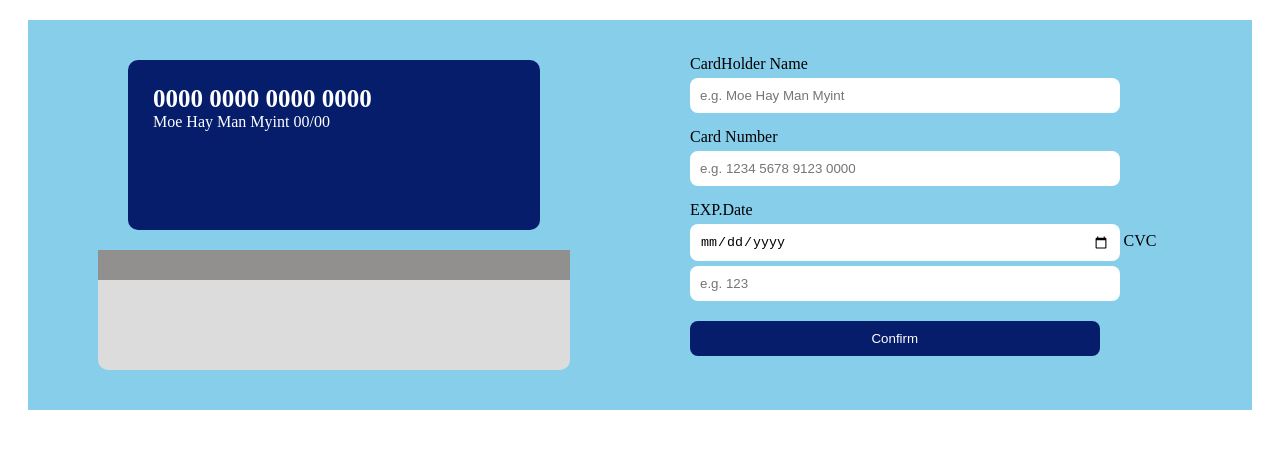
Repository: moehaymanmyint/Interactive-Card-Details-Form
Page: index.html
An editor plug-in stored every save of this project. The page is shown before and after the next save, followed by the edit.
The browser window is 1280 px wide. The pictures show the whole page.

Above is the page before, as saved 2024-10-15 22:59:23.

After the next save:
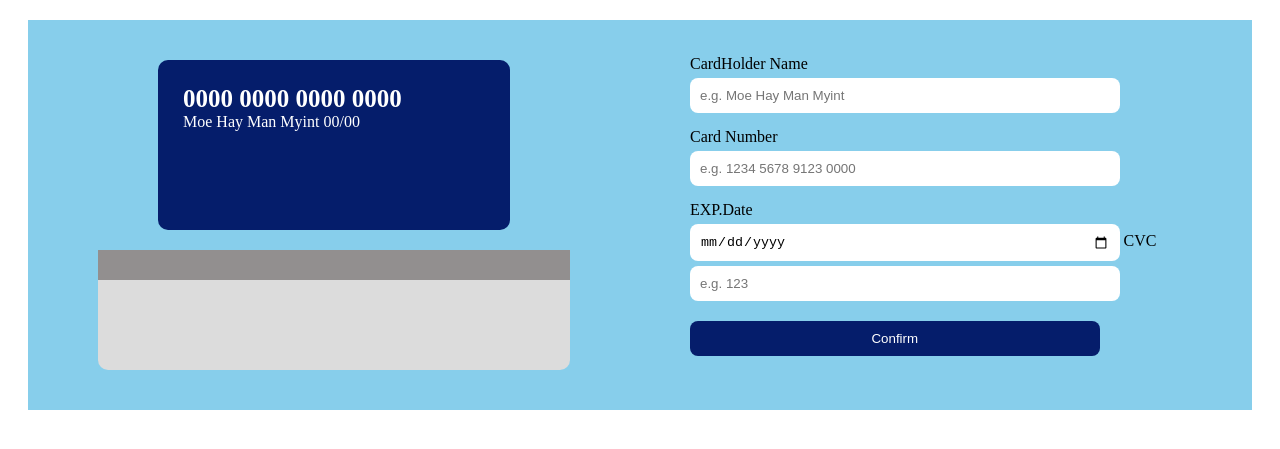
Saved 6 s later.
--- a/style.css
+++ b/style.css
@@ -17,7 +17,7 @@
     padding: 25px;
     border-radius: 10px;
     height: 120px;
-    margin: 20px 50px;
+    margin: 20px 80px;
 }
 
 .front-card .number{
